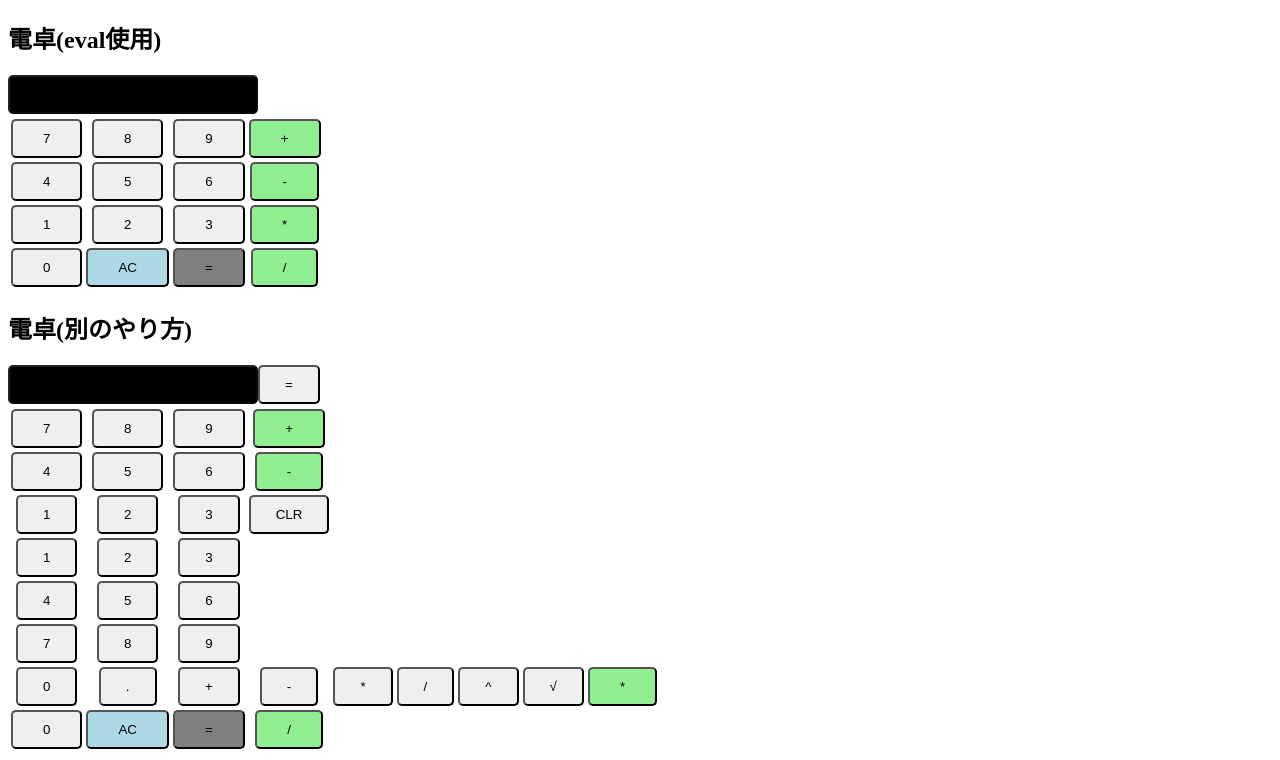
Repository: syokaturyou/potepan
Page: dentaku.html
The author's editor kept a record of every edit. The page is drawn from the files as they stood at one moment, then again after the next edit.
The browser window is 1280 px wide. The pictures show the whole page.

Above is the page before.
Console error: TypeError: Cannot set properties of null (setting 'textContent')

### dentaku.html
   <!DOCTYPE html>
    <html lang="en">
      <head>
        <meta charset="utf-8">
        <link rel="stylesheet" href="css/main.css">
        <title>電卓</title>
        <script src="javascript/jquery.min.js"></script>
        <script type="text/javascript" src="javascript/main.js" charset="utf-8"></script>
      </head>

      <body>
        <form name="dentaku">
        <h2>電卓(eval使用)</h2>
          <table>
          <tr>
            <input type="button" class="display" name="display" value="" disabled>
          </tr>
          <tr>
            <th><input type="button" value="7" onclick="get_calc(this)"></th>
            <th><input type="button" value="8" onclick="get_calc(this)"></th>
            <th><input type="button" value="9" onclick="get_calc(this)"></th>
            <th><input type="button" class="operator" value="+" onclick="get_calc(this)"></th>
          </tr>
          <tr>
            <th><input type="button" value="4" onclick="get_calc(this)"></th>
            <th><input type="button" value="5" onclick="get_calc(this)"></th>
            <th><input type="button" value="6" onclick="get_calc(this)"></input></th>
            <th><input type="button" class="operator" value="-" onclick="get_calc(this)"></th>
          </tr>
          <tr>
            <th><input type="button" value="1" onclick="get_calc(this)"></th>
            <th><input type="button" value="2" onclick="get_calc(this)"></th>
            <th><input type="button" value="3" onclick="get_calc(this)"></th>
            <th><input type="button" class="operator" value="*" name="multi_btn" onclick="get_calc(this)"></th>
          </tr>
          <tr>
            <th><input type="button" value="0" onclick="get_calc(this)"></th>
            <th><input type="button" class="ac" value="AC" onclick="get_calc(this)"></th>
            <th><input type="button" class="equal" value="=" onclick="get_calc(this)"></th>
            <th><input type="button" class="operator" value="/" name="div_btn" onclick="get_calc(this)"></th>
          </tr>
        </table>
        </form>


        <h2>電卓(別のやり方)</h2>
        <table>
          <tr>
            <input type="button" class="display" name="display" value="" disabled>
          </tr>
          <tr>
            <th><input type="button" value="7"></th>
            <th><input type="button" value="8"></th>
            <th><input type="button" value="9"></th>
            <th><input type="button" class="operator" value="+"></th>
          </tr>
          <tr>
            <th><input type="button" value="4"></th>
            <th><input type="button" value="5"></th>
            <th><input type="button" value="6"></input></th>
            <th><input type="button" class="operator" value="-"></th>
          </tr>
          <tr>
            <th><button onclick="document.querySelector( 'input' ).value += '1' " >1</button></th>
            <th><button onclick="document.querySelector( 'input' ).value += '2' " >2</button></th>
            <th><button onclick="document.querySelector( 'input' ).value += '3' " >3</button></th>
            <th><button onclick="document.querySelector( 'input' ).value = '' " >CLR</button></th>

          <tr>
            <th><button onclick="append( '1' )" >1</button></th>
            <th><button onclick="append( '2' )" >2</button></th>
            <th><button onclick="append( '3' )" >3</button></th>
          </tr>
          <tr>
            <th><button onclick="append( '4' )" >4</button></th>
            <th><button onclick="append( '5' )" >5</button></th>
            <th><button onclick="append( '6' )" >6</button></th>
          </tr>
          <tr>
            <th><button onclick="append( '7' )" >7</button></th>
            <th><button onclick="append( '8' )" >8</button></th>
            <th><button onclick="append( '9' )" >9</button></th>
          </tr>
            <th><button onclick="append( '0' )" >0</button></th>
            <th><button onclick="append( '.' )" >.</button></th>
            <th><button onclick="append( '+' )" >+</button></th>
            <th><button onclick="append( '-' )" >-</button></th>
            <th><button onclick="append( '*' )" >*</button></th>
            <th><button onclick="append( '/' )" >/</button></th>
            <th><button onclick="append( '**' )" >^</button></th>
            <th><button onclick="append( '**0.5' )" >√</button></th>

    <button onclick="calc()" >=</button>

            <th><input type="button" class="operator" value="*" name="multi_btn"></th>
          </tr>
          <tr>
            <th><input type="button" value="0"></th>
            <th><input type="button" class="ac" value="AC"></th>
            <th><input type="button" class="equal" value="="></th>
            <th><input type="button" class="operator" value="/" name="div_btn"></th>
          </tr>
        </table>

      </body>
    </html>

### css/main.css
table{
  background-color: white;
}
/*h4{*/
/*  width: 300px;*/
/*  color: white;*/
/*  background-color: black;*/
/*}*/
 input {
  padding: 10px 30px;
  border-radius: 5px;
}
 button{
  padding: 10px 25px;
  border-radius: 5px;
 }

 .display {
  width: 250px;
  text-align: right; /* 文字を右詰めに */
  background: black;
  color: white;
}

 .operator{
  background-color: lightgreen;
}
 .equal{
  background-color: gray;
}
 .ac{
  background-color: lightblue;
}

### javascript/main.js

    //  function get_calc(btn) {
    //   if(btn.value == "=") {
    //     document.dentaku.display.value = eval(document.dentaku.display.value);
    //   } else if (btn.value == "AC") {
    //     document.dentaku.display.value = "";
    //   } else {
    //     document.dentaku.display.value += btn.value;
    //   }
    // };

    //   function get_calc(btn) {
    //   if(btn.value == "=") {
    //     document.dentaku.display.value = eval(document.dentaku.display.value);
    //   } else if (btn.value == "AC") {
    //     document.dentaku.display.value = "";
    //   } else {
    //     if (btn.value == "×") {
    //       btn.value = "*";
    //     } else if (btn.value == "÷") {
    //       btn.value = "/";
    //     }
    //     document.dentaku.display.value += btn.value;
    //     document.dentaku.multi_btn.value = "×";
    //     document.dentaku.div_btn.value = "÷";
    //   }
    // };

     // $(document).ready(function(){
  //     $(".button0").click(function() {
  //     let value = $(".button0").text(); //テキストを取得し変数に入れています
  //     $(".target").text(value); //テキストを変更する処理
  //     });

  //     $(".button1").click(function() {
  //     let value1 = 1;
  //     let value = value + value1
  //     $(".target").text(value);
  //     });

  //     $(".button2").click(function() {
  //     let value2 = 2;
  //     let value = value + value2
  //      $(".target").text(value);
  //     });

  //     $(".button3").click(function() {
  //     let value = 3;
  //      $(".target").text(value);
  //     });

  //     $(".button4").click(function() {
  //     let value = 4;
  //      $(".target").text(value);
  //     });

  //     $(".button5").click(function() {
  //     let value = $(".button5").number();
  //      $(".target").number(value);
  //     });

  //     $(".button6").click(function() {
  //     let value = $(".button6").text();
  //      $(".target").text(value);
  //     });

  //     $(".button7").click(function() {
  //     let value = $(".button7").text();
  //      $(".target").text(value);
  //     });

  //     $(".button8").click(function() {
  //     let value = $(".button8").text();
  //      $(".target").text(value);
  //     });

  //     $(".button9").click(function() {
  //     let value = $(".button9").text();
  //      $(".target").text(value);
  //     });

  //     $(".buttonreset").click(function() {
  //      $(".target").text(0);
  //     });

  // });

  function update( _v ) {
        document.querySelector( 'input' ).value = _v // input tag を更新する関数
    }
  function append( _v ) {
        document.querySelector( 'input' ).value += _v // 数字ボタンが押されたので数字を後ろに追加する
    }
  function calc() {
        const v = document.querySelector( 'input' ).value // 「＝」ボタンが押されたので計算する
    try {
        const f = new Function( 'return ' + v )
        update( f().toString() )
        } catch( _error ) {
          update( _error ) // 計算に失敗した場合は、そのエラーの内容を表示する
        }
    }




  "use strict";

window.addEventListener( "DOMContentLoaded" , ()=> {
    /**
     * @param watchCallBack 経過時間報告用コールバック
     * @param wrapCallBack ラップ報告用コールバック
     */
    const getStopWatch = function ( watchCallBack , wrapCallBack ){
        let accumulatedTime = 0,    // 積算時間
            currentTime=null,       // タイマー開示タイムスタンプ
            timerId=null;           // setInterval() の返り値

            // リセット処理
        const reset = () =>{
            timerOff(); accumulatedTime = 0; currentTime=null;
                // リセットされたことをnullで通知
            watchCallBack( null ); wrapCallBack ( null );
        };
            // 開始処理
        const start = () =>{ currentTime = Date.now();timerOn(); };
            // 一時停止処理
        const pause = () =>{
                // これまでの経過時間を退避
            accumulatedTime = getNowTime();
            timerOff();
            currentTime = null;
        };
            // 再開処理
        const resume = () =>start();
            // ラップ報告処理
        const wrap = () =>wrapCallBack( getNowTime() );
            // 経過時間の算出
        const getNowTime = () =>accumulatedTime + Date.now() - currentTime;

            // タイマー停止処理
        const timerOff = () => {
            if( timerId === null ) return;
            clearInterval(timerId);
            timerId = null;
        };
            // タイマー開始処理
        const timerOn = () => {
            if( timerId !== null ) clearTimeout(timerId);
            timerId = setInterval(()=>watchCallBack( getNowTime() ),10);
        };

        reset();

            // 必要な機能だけ返す
        return Object.freeze({
            start:()=> currentTime === null && accumulatedTime === 0 ?   start()  : reset(),
            pause:()=> currentTime === null ? ( accumulatedTime === 0 ? false : resume() ) : pause(),
            wrap:()=> currentTime === null ?  false : wrap(),
        });
    };

        // ミリ秒を画面表示する形式に変換
    const timeString = time =>`${
        Math.floor(time / 60000).toString().padStart(2,"00")
    }:${
        Math.floor(time % 60000 / 1000).toString().padStart(2,"00")
    }.${
        Math.floor(time % 1000).toString().padStart(3,"000").slice(0,2)
    }`;

    const watchArea = document.getElementById("watchArea");
    const wrapArea = document.getElementById("wrapArea");

    const stopWatchObj = getStopWatch(
         time => watchArea.textContent = time === null ? "00:00.00" : timeString( time ) ,
         time => wrapArea.value = time === null ? "" : wrapArea.value + "\n" + timeString( time )
    );

    const buttonDefine = [
            { id:"start" , listener:()=>stopWatchObj.start() },
            { id:"pause" , listener:()=>stopWatchObj.pause() },
            { id:"wrap"  , listener:()=>stopWatchObj.wrap()  }
        ];
    buttonDefine.forEach( e => document.getElementById(e.id).addEventListener("click",e.listener));
});

Loaded but not shown: javascript/jquery.min.js (library)

After the next edit:
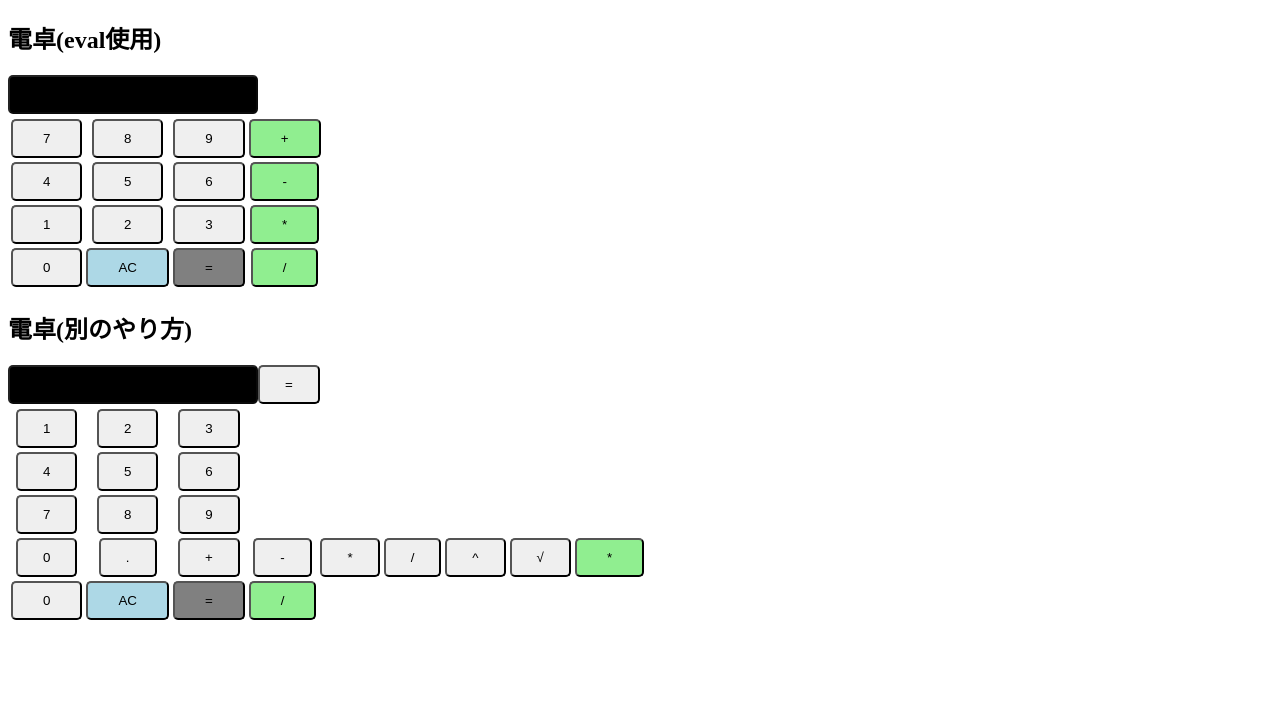
The edit:
--- a/dentaku.html
+++ b/dentaku.html
@@ -48,24 +48,11 @@
           <tr>
             <input type="button" class="display" name="display" value="" disabled>
           </tr>
-          <tr>
-            <th><input type="button" value="7"></th>
-            <th><input type="button" value="8"></th>
-            <th><input type="button" value="9"></th>
-            <th><input type="button" class="operator" value="+"></th>
-          </tr>
-          <tr>
-            <th><input type="button" value="4"></th>
-            <th><input type="button" value="5"></th>
-            <th><input type="button" value="6"></input></th>
-            <th><input type="button" class="operator" value="-"></th>
-          </tr>
-          <tr>
-            <th><button onclick="document.querySelector( 'input' ).value += '1' " >1</button></th>
-            <th><button onclick="document.querySelector( 'input' ).value += '2' " >2</button></th>
-            <th><button onclick="document.querySelector( 'input' ).value += '3' " >3</button></th>
-            <th><button onclick="document.querySelector( 'input' ).value = '' " >CLR</button></th>
-
+          <!--<tr>-->
+          <!--  <th><button onclick="document.querySelector( 'input' ).value += '1' " >1</button></th>-->
+          <!--  <th><button onclick="document.querySelector( 'input' ).value += '2' " >2</button></th>-->
+          <!--  <th><button onclick="document.querySelector( 'input' ).value += '3' " >3</button></th>-->
+          <!--  <th><button onclick="document.querySelector( 'input' ).value = '' " >CLR</button></th>-->
           <tr>
             <th><button onclick="append( '1' )" >1</button></th>
             <th><button onclick="append( '2' )" >2</button></th>
